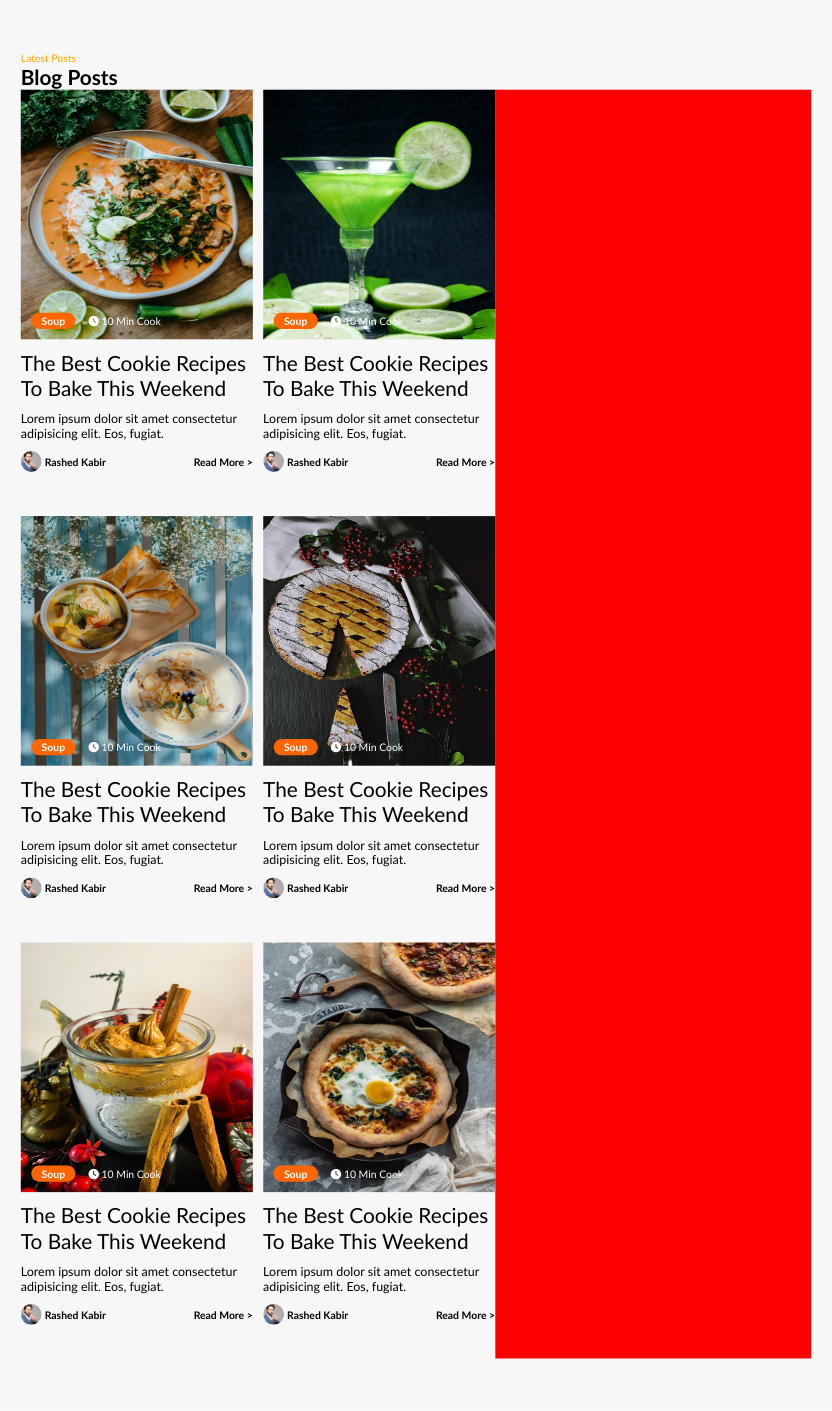
Repository: ngoctinvo/diner_project_cybersoft
Page: html/blog.html
These files come from the project's save history. The page is drawn as it stood at one moment and after the next save; the edit follows.
The browser window is 1280 px wide. The pictures show the whole page, at 65% of full size.
Some web libraries are served in a nearby version. The style sheet was rebuilt from its Sass, Less or Tailwind sources for each picture, by a compiler version that may differ from the author's.

Above is the page before, as saved 2022-04-19 10:28:43.

After the next save:
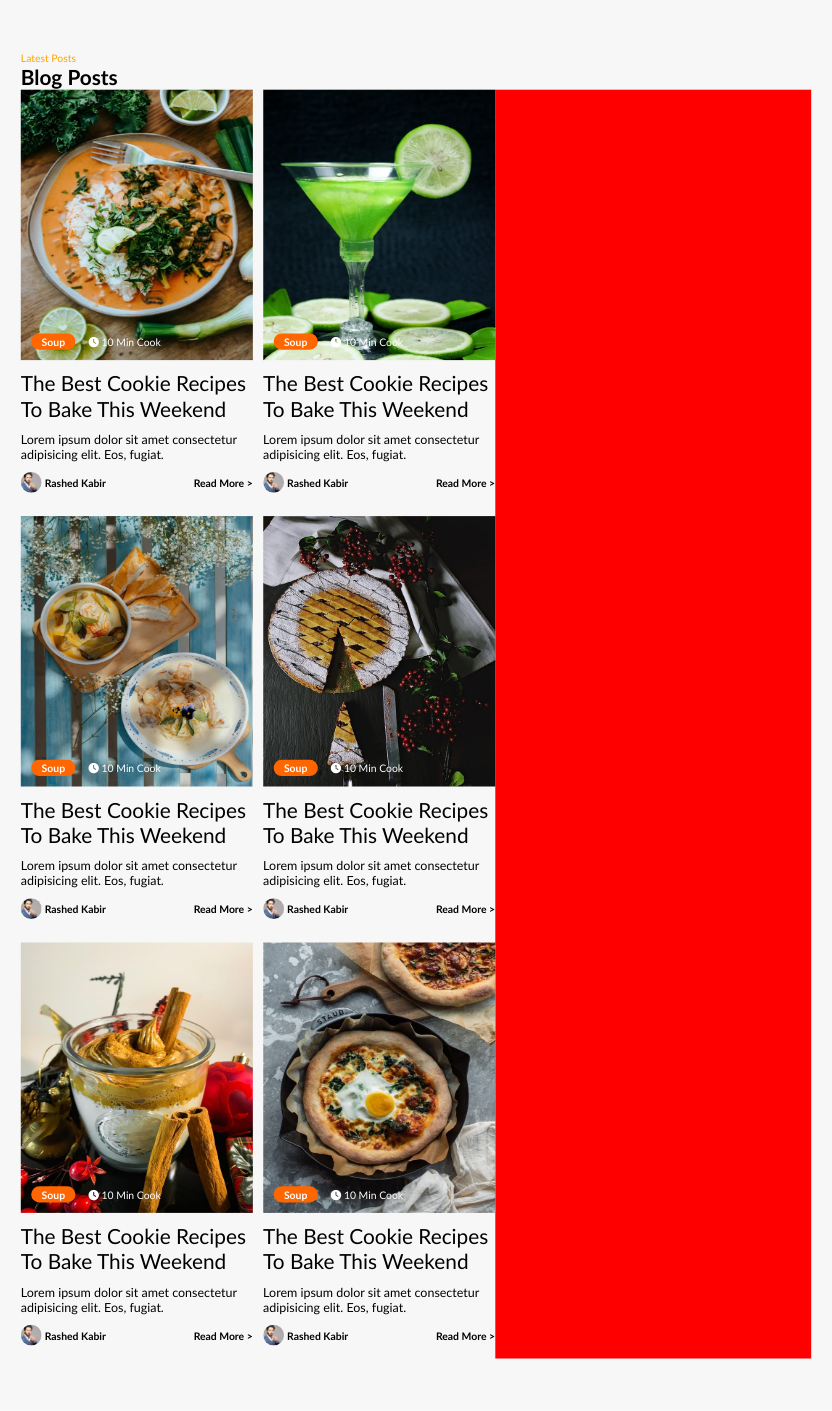
Saved 16 s later.
--- a/sass/blog.scss
+++ b/sass/blog.scss
@@ -36,7 +36,7 @@
                         height: 100%;
                         .img {
                             position: relative;
-                            height: 60%;
+                            height: 65%;
                             width: 100%;
                             img {
                                 width: 100%;
